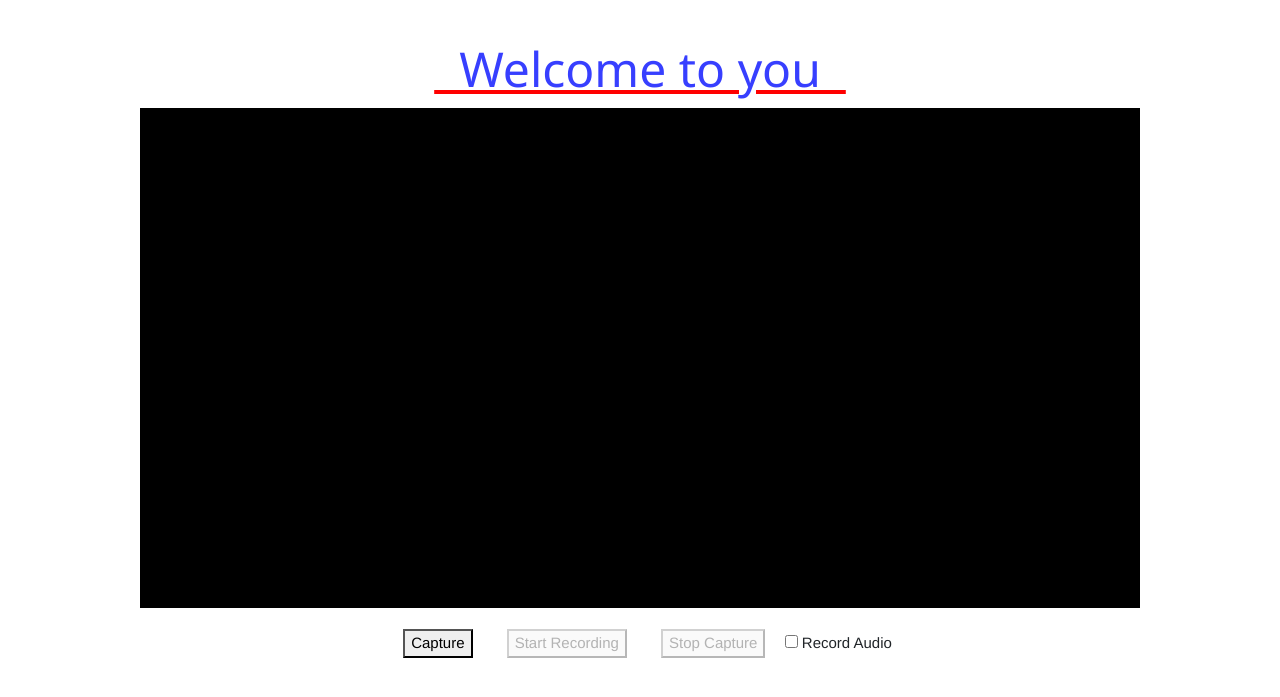
Repository: santiljanomalaj/recording_youtube
Page: index.html
An editor plug-in stored every save of this project. The page is shown before and after the next save, followed by the edit.
The browser window is 1280 px wide. The pictures show the whole page.

Above is the page before, as saved 2020-04-29 18:46:22.

After the next save:
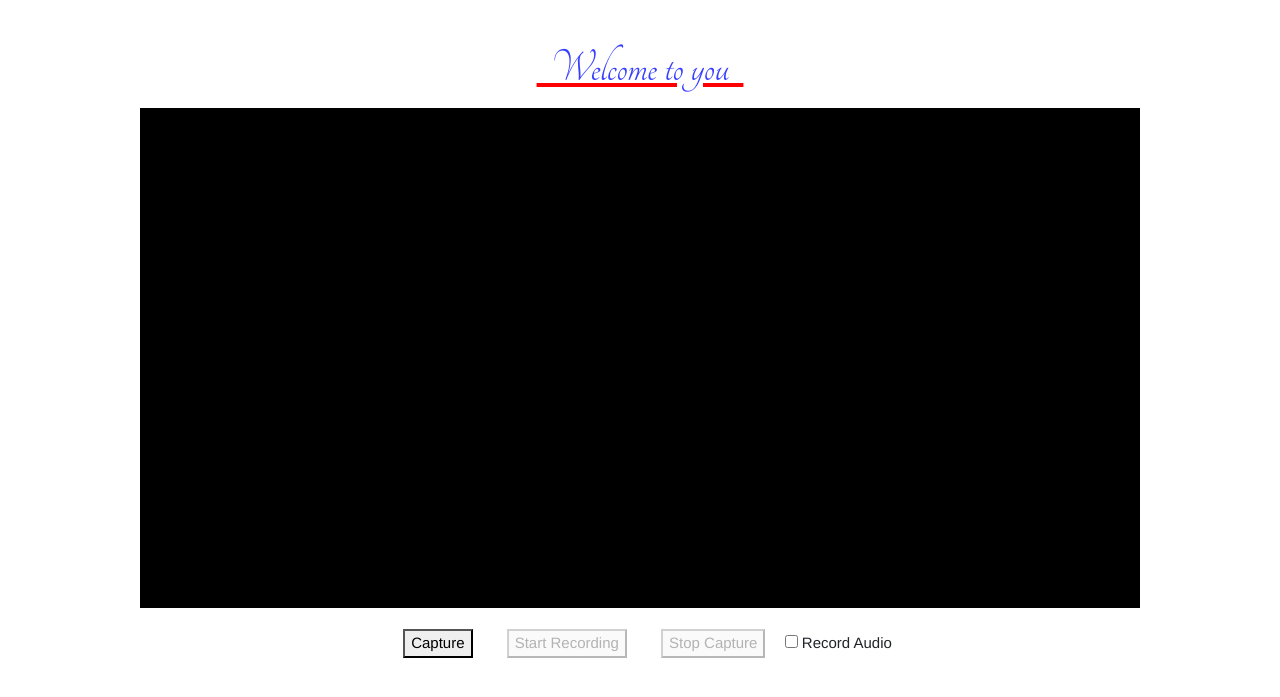
Saved 4 min 8 s later.
--- a/css/style.css
+++ b/css/style.css
@@ -6,7 +6,7 @@ body {
 }
 
 h1 {
-  /* font-style: italic; */
+  font-family: "Tangerine", serif;
   color: #373fff;
 }
 
